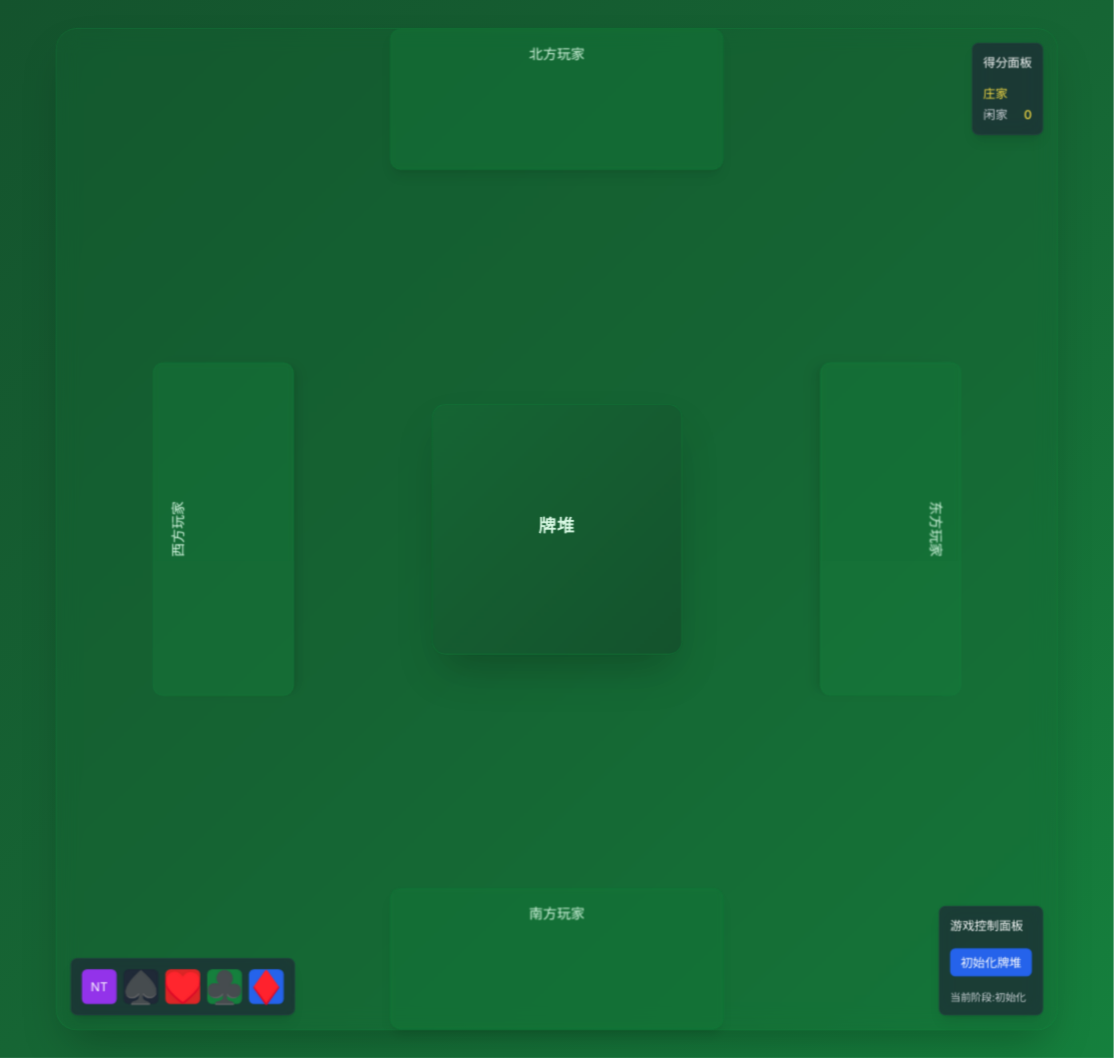
Repository: laofansay/Tractor80
Page: /
These files come from the project's save history. The page is drawn as it stood at one moment and after the next save; the edit follows.
The browser window is 1280 px wide. The pictures show the whole page, at 87% of full size.
The project was rebuilt for these pictures with package versions that can differ from the ones it lists, and the page was loaded fresh each time. The framework's server and built-in components were replaced by stand-ins that run in the browser. Also part of the build but not shown: next.config.js, app/components/Card.tsx.

Above is the page before, as saved 2025-03-09 00:21:56.

After the next save:
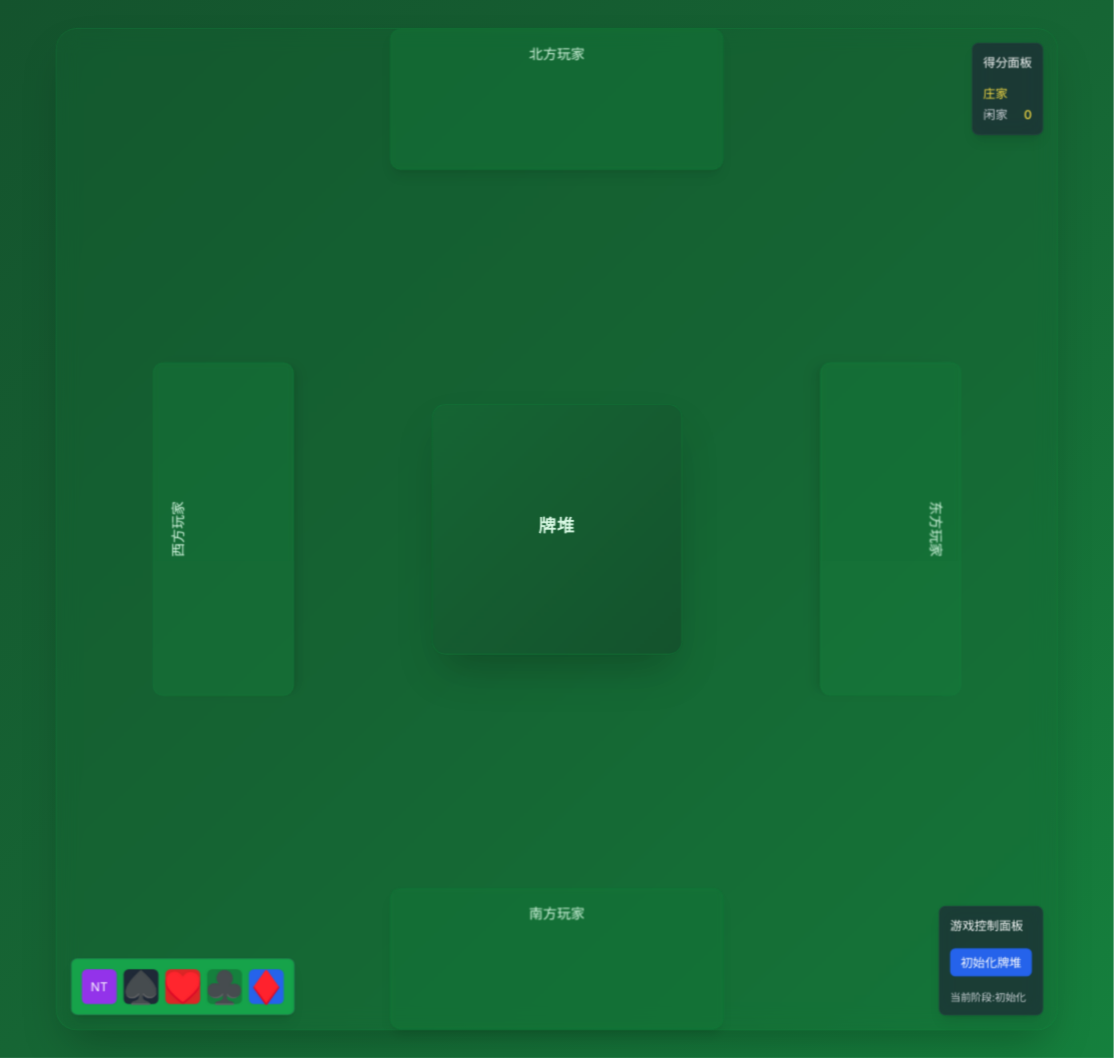
Saved 15 s later.
--- a/app/components/TrumpSelectionPanel.tsx
+++ b/app/components/TrumpSelectionPanel.tsx
@@ -14,7 +14,7 @@
   }
 
   return (
-    <div className="absolute bottom-4 left-4 p-3 bg-gray-800/70 rounded-lg backdrop-blur-md border border-gray-700/50 shadow-lg">
+    <div className="absolute bottom-4 left-4 p-3 bg-green-600 rounded-lg backdrop-blur-md border border-gray-700/50 shadow-lg">
       <div className="flex flex-row gap-2">
         <button
           onClick={() => onSelectTrump(null)}
